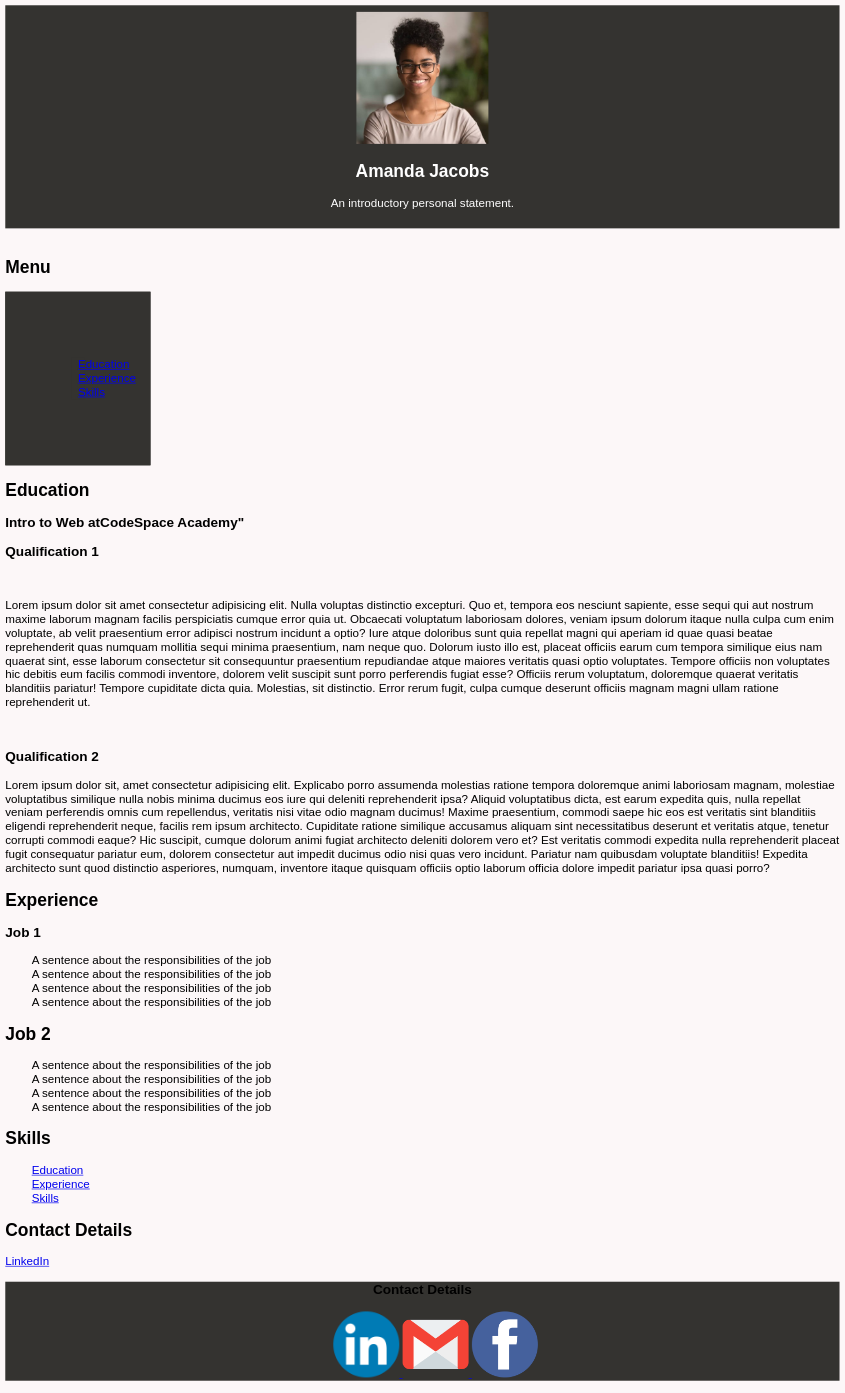
Repository: LeonardMhere/Resume-3
Page: resume `3/index.html
The author's editor kept a copy of each file at every save. The page is drawn from the files as they stood at one save, then again after the next save.
The browser window is 1280 px wide. The pictures show the whole page, at 66% of full size.

Above is the page before, as saved 2023-03-23 09:08:55.

After the next save:
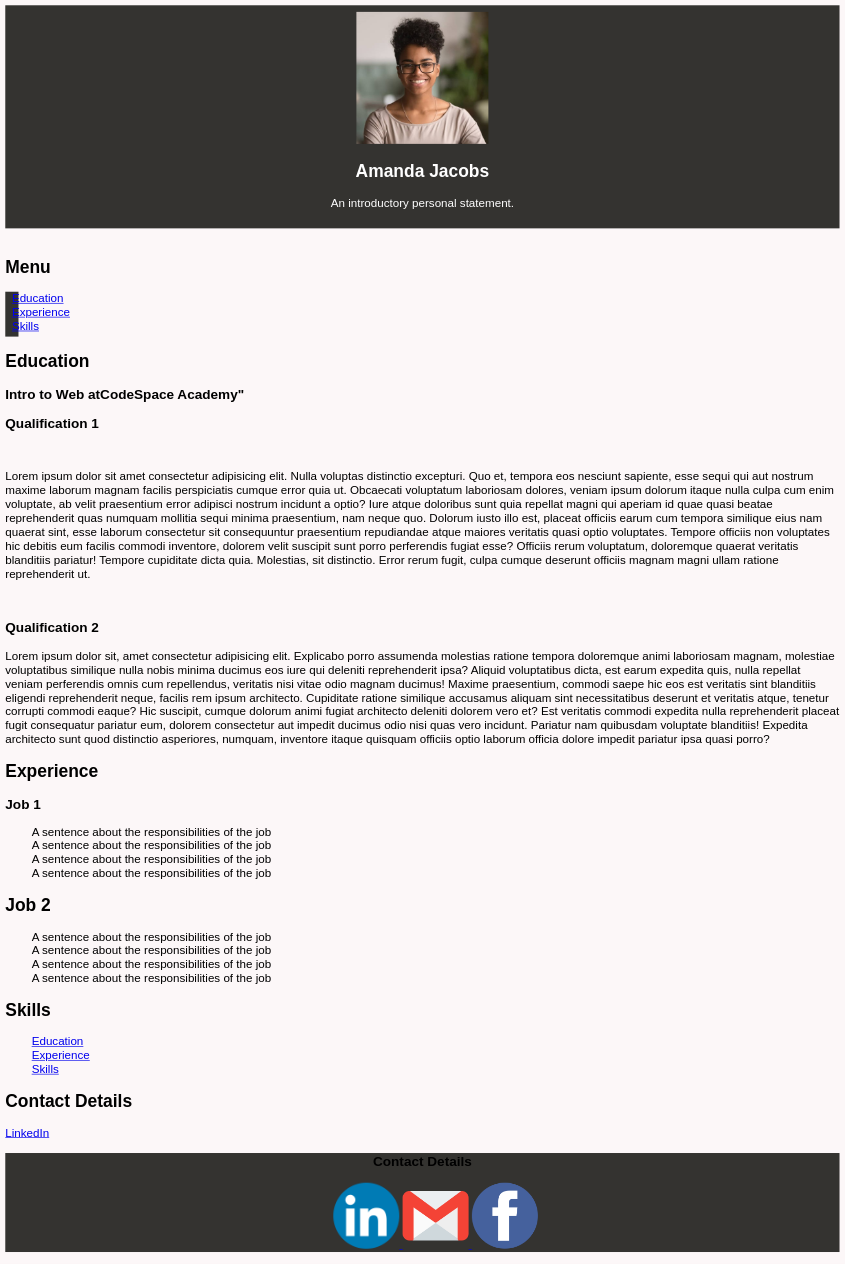
Saved 62 s later.
--- a/resume `3/css/stylesheet.css
+++ b/resume `3/css/stylesheet.css
@@ -17,9 +17,8 @@ menu {
 
 
 .nav-menu{
-  border: 100px solid #343330;
   width: 10px;
-  height:fit-content
+  height:fit-content;
   padding-bottom: 5px;
   padding-left: 10px;
   background-color: #343330;
